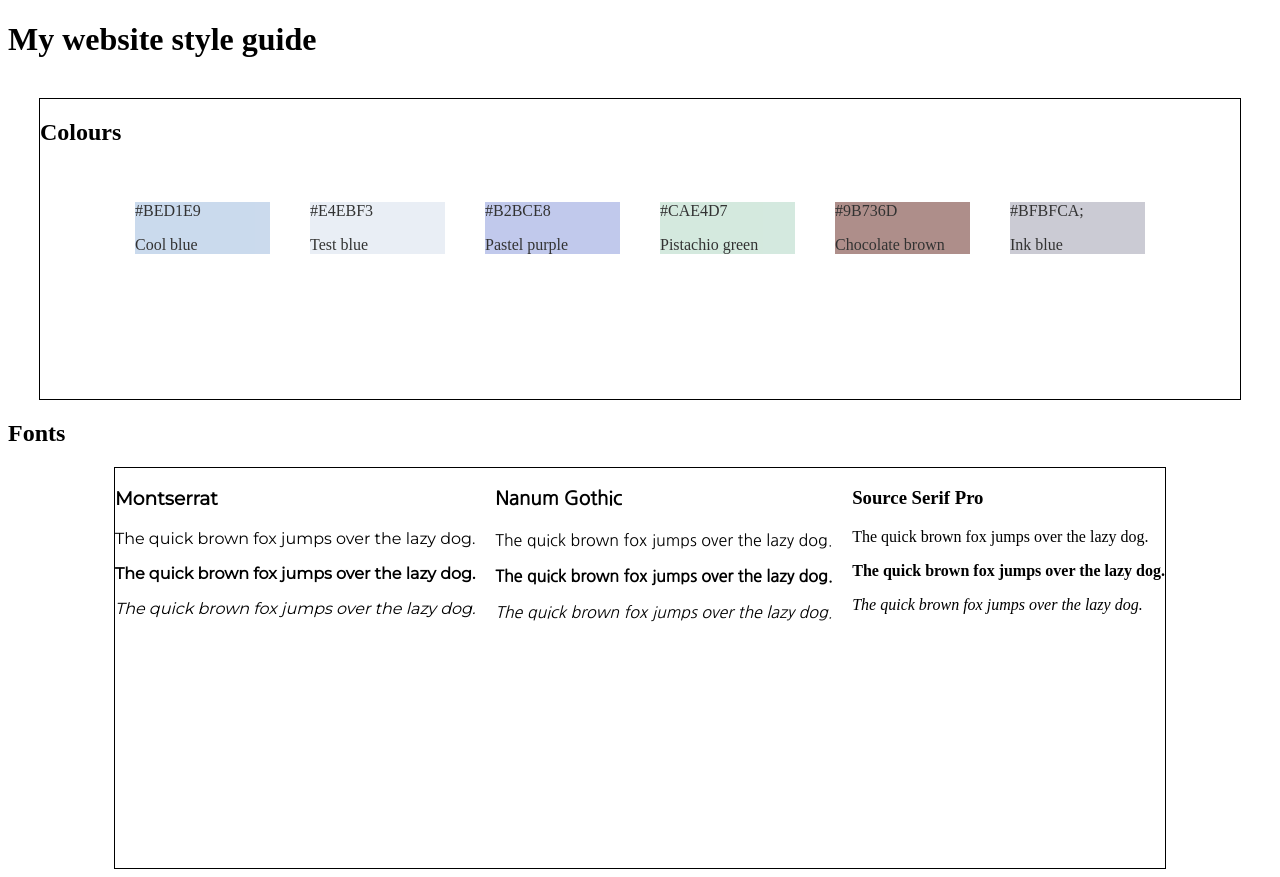
Repository: nazaninrizvi/codecademy
Page: Javascript/website-design-system/index.html
An editor plug-in stored every save of this project. The page is shown before and after a run of saves, followed by the edit.
The browser window is 1280 px wide. The pictures show the whole page.
Some web fonts or font styles are not loaded; a fallback is used.

Above is the page before, as saved 2021-11-27 22:06:53.

### Javascript/website-design-system/index.html
<!DOCTYPE html>
<html>
    <head>
        <title>My website style guide</title>
        <link rel="stylesheet" href="styles.css" type="text/css" />
        <link rel="preconnect" href="https://fonts.googleapis.com">
<link rel="preconnect" href="https://fonts.gstatic.com" crossorigin>
<link href="https://fonts.googleapis.com/css2?family=Montserrat&family=Nanum+Gothic&family=Source+Serif+Pro:ital,wght@1,300&display=swap" rel="stylesheet">
        <body>
        <h1>My website style guide</h1>
        <div id="colors">
            <div class="colors-container">
                <h2>Colours</h2>
                <div class="colcontainer">
                    <div class="cols"><div id="coolblue">
                        <p>#BED1E9</p>
                        <p>Cool blue</p>
                    </div></div>

                    <div class="cols"><div id="testBlue">
                        <p>#E4EBF3</p>
                        <p>Test blue</p>
                    </div></div>

                    <div class="cols"><div id="pastelPurple">
                        <p>#B2BCE8</p>
                        <p>Pastel purple</p>
                    </div></div>

                    <div class="cols"><div id="pistachio">
                        <p>#CAE4D7</p>
                        <p>Pistachio green</p>
                    </div></div>

                    <div class="cols"><div id="brown">
                        <p>#9B736D</p>
                        <p>Chocolate brown</p>
                    </div></div>

                    <div class="cols"><div id="inkBlue">
                        <p>#BFBFCA;</p>
                        <p>Ink blue</p>
                    </div></div>
                </div>
            </div>
        </div>
        <div id="fonts">
           <h2>Fonts</h2>
           <div class="fontcontainer">
               <div class='font' id='montserrat'>
                   <h3>Montserrat</h3>
                    <p>The quick brown fox jumps over the lazy dog.</p>
                    <p><b>The quick brown fox jumps over the lazy dog.</b></p>
                    <p><i>The quick brown fox jumps over the lazy dog.</i></p>                </i></p>
                </div>

                <div class='font' id="nanum">
                    <h3>Nanum Gothic</h3>
                     <p>The quick brown fox jumps over the lazy dog.</p>
                     <p><b>The quick brown fox jumps over the lazy dog.</b></p>
                     <p><i>The quick brown fox jumps over the lazy dog.</i></p>                </i></p>
                </div>

                <div class='font' id="sourceSerif">
                    <h3>Source Serif Pro</h3>
                     <p>The quick brown fox jumps over the lazy dog.</p>
                     <p><b>The quick brown fox jumps over the lazy dog.</b></p>
                     <p><i>The quick brown fox jumps over the lazy dog.</i></p>                </i></p>
                 </div>
           </div>
        </div>
    </body>
</html>

### Javascript/website-design-system/styles.css


.colors-container{
    height: 300px;
    max-width: 1200px;
    margin: 40px auto auto auto;
    border: 1px solid black;
  }

  .colcontainer{
    max-width: 1050px;
    margin: 15px auto auto auto;
    display: flex;
    justify-content: space-between;
  }

  .cols{
    height: 300px;
    padding: 20px;
    margin-bottom: auto;
    flex-basis: 30%;
    box-sizing: border-box;
    opacity: 0.8;
  }

#coolblue{
    background-color: #bed1e9;
  }
#testBlue{
    background-color: #E4EBF3;
}
#pastelPurple{
    background-color: #B2BCE8;
}

#pistachio{
    background-color: #CAE4D7;
}

#brown{
    background-color: #9B736D;
}

#inkBlue{
    background-color: #BFBFCA;
}

.fontcontainer{
  height: 400px;
  max-width: 1200px;
  border: 1px solid black;
  max-width: 1050px;
  margin: 15px auto auto auto;
  display: flex;
  justify-content: space-between;
  flex-wrap: wrap;
}

.fonts{
  height: 300px;
  padding: 20px;
  margin-bottom: auto;
  flex-basis: 30%;
  box-sizing: border-box;
  opacity: 0.8;
}

#montserrat{
  font-family: 'Montserrat', sans-serif;
}

#nanum{
  font-family: 'Nanum Gothic', sans-serif;
}

#sourceSerif{
  font-family: 'Source Serif Pro', serif;
}

After the next 2 saves:
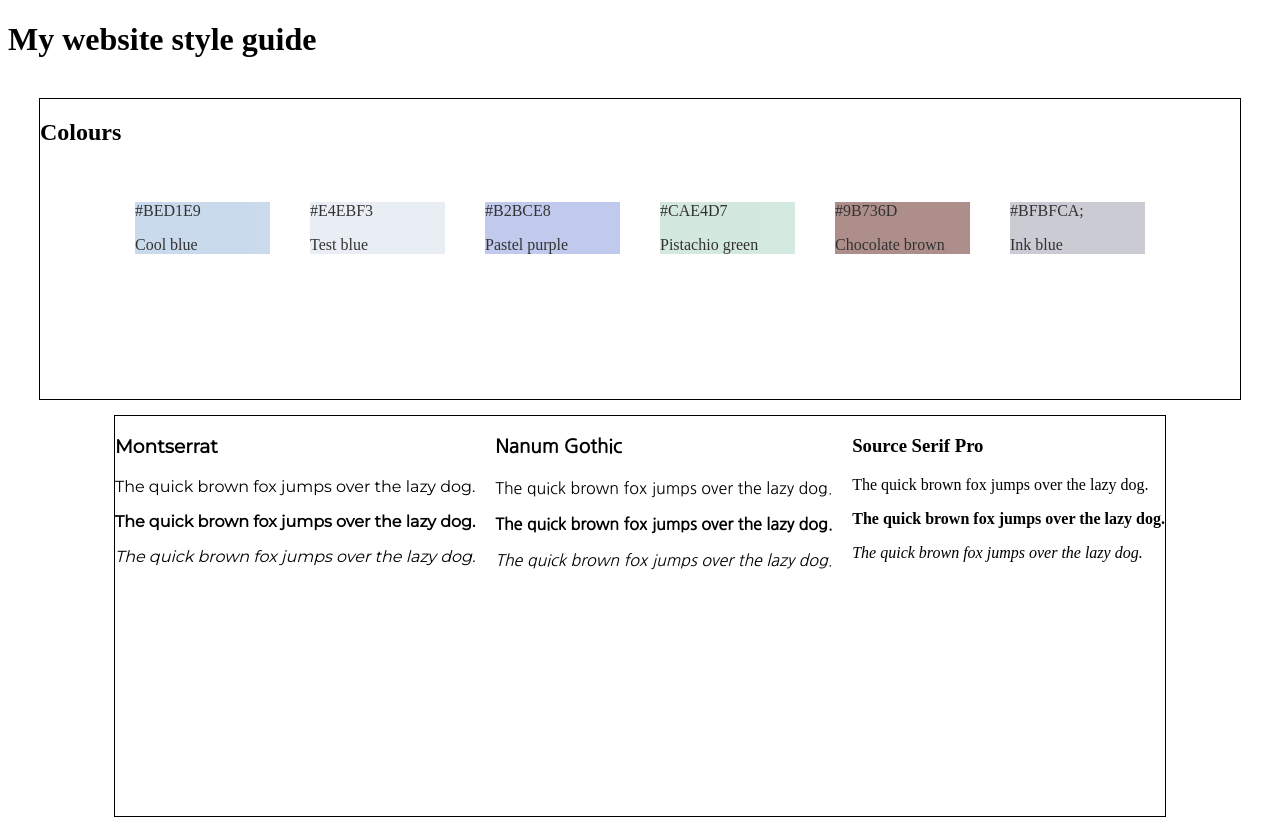
The 2 saves are shown as one change because they came seconds apart.
The last was saved 38 s later.
--- a/Javascript/website-design-system/index.html
+++ b/Javascript/website-design-system/index.html
@@ -45,8 +45,8 @@
             </div>
         </div>
         <div id="fonts">
-           <h2>Fonts</h2>
            <div class="fontcontainer">
+
                <div class='font' id='montserrat'>
                    <h3>Montserrat</h3>
                     <p>The quick brown fox jumps over the lazy dog.</p>
